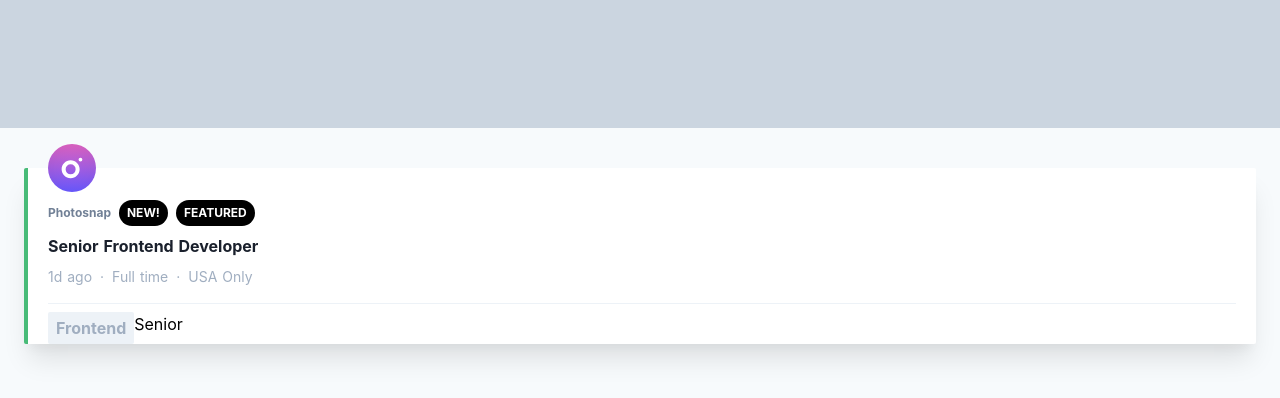
Repository: asongdon/frontendmentor-joblisting
Page: /
These files come from the project's save history. The page is drawn as it stood at one moment and after the next save; the edit follows.
The browser window is 1280 px wide. The pictures show the whole page.
The project was rebuilt for these pictures with package versions that can differ from the ones it lists, and the page was loaded fresh each time. The framework's server and built-in components were replaced by stand-ins that run in the browser. Also part of the build but not shown: nuxt.config.js.

Above is the page before, as saved 2020-04-12 20:59:18.

### layouts/default.vue
<template>
  <div class="h-screen">
    <Header/>
    <nuxt />
  </div>
</template>

<script>
import Header from '@/components/Header.vue'

export default {
  components: {
    Header
  },
}
</script>

<style>
html {
  font-family: 'Inter', -apple-system, BlinkMacSystemFont, 'Segoe UI',
    Roboto, 'Helvetica Neue', Arial, sans-serif;
  font-size: 16px;
  word-spacing: 1px;
  -ms-text-size-adjust: 100%;
  -webkit-text-size-adjust: 100%;
  -moz-osx-font-smoothing: grayscale;
  -webkit-font-smoothing: antialiased;
  box-sizing: border-box;
  @apply bg-gray-100;
}

*,
*:before,
*:after {
  box-sizing: border-box;
  margin: 0;
}

.button--green {
  display: inline-block;
  border-radius: 4px;
  border: 1px solid #3b8070;
  color: #3b8070;
  text-decoration: none;
  padding: 10px 30px;
}

.button--green:hover {
  color: #fff;
  background-color: #3b8070;
}

.button--grey {
  display: inline-block;
  border-radius: 4px;
  border: 1px solid #35495e;
  color: #35495e;
  text-decoration: none;
  padding: 10px 30px;
  margin-left: 15px;
}

.button--grey:hover {
  color: #fff;
  background-color: #35495e;
}
</style>

### pages/index.vue
<template>
  <div class="container py-10 px-6">
    <Maincard/>
  </div>
</template>

<script>
import Maincard from '@/components/Maincard'
export default {
  components: {
    Maincard
  }
}
</script>

<style>
/* Sample `apply` at-rules with Tailwind CSS
.container {
  @apply min-h-screen flex justify-center items-center text-center mx-auto;
}
*/

</style>

### components/Header.vue
<template>
  <div class="w-full h-32 bg-gray-400"></div>
</template>

<script>
export default {}
</script>

<style></style>

### components/Maincard.vue
<template>
    <div class="flex flex-col flex-no-wrap rounded-sm px-5 border-l-4 border-green-500 bg-white shadow-xl">

    <div class="-mt-6 mb-2">
      <img class="w-12" src="~/assets/logos/faceit.svg" alt="" />
    </div>

    <div class="flex items-center">
      <div class="text-xs font-bold text-gray-600">Photosnap</div>
      <div class="flex text-xs font-bold">
        <div class="bg-black text-white rounded-full px-2 py-1 uppercase ml-2">
          New!
        </div>
        <div class="bg-black text-white rounded-full px-2 py-1 uppercase ml-2">
          Featured
        </div>
      </div>
    </div>

    <div class="mt-2 font-bold text-gray-900">
      Senior Frontend Developer
    </div>

    <div class="flex text-sm mt-2 text-gray-500 border-b border-gray-200 pb-4">
      <div class="mr-2">1d ago</div>
      <div class="mr-2">·</div>
      <div class="mr-2">Full time</div>
      <div class="mr-2">·</div>
      <div>USA Only</div>
    </div>

    <div class="mt-2 flex">
      <div class="px-2 py-1 bg-gray-200 text-gray-500 rounded-sm font-bold">Frontend</div>
      <div>Senior</div>
    </div>

  </div>
</template>

<script>
export default {}
</script>

<style></style>

Loaded but not shown: assets/css/tailwind.css (common file); tailwind.config.js (common file); store/filter.js (no copy from this time; the picture is the same without it); store/index.js (no copy from this time; the picture is the same without it)

After the next save:
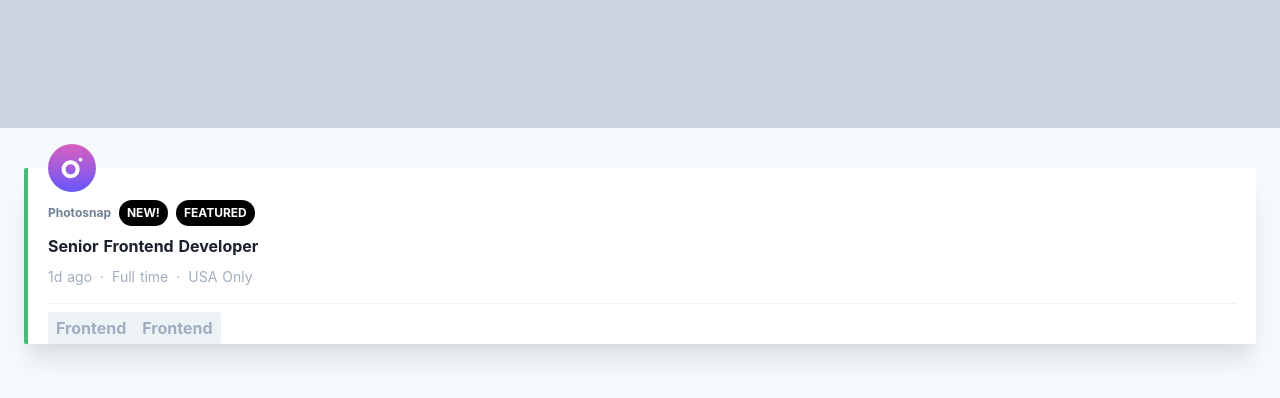
Saved 16 s later.
--- a/components/Maincard.vue
+++ b/components/Maincard.vue
@@ -31,7 +31,7 @@
 
     <div class="mt-2 flex">
       <div class="px-2 py-1 bg-gray-200 text-gray-500 rounded-sm font-bold">Frontend</div>
-      <div>Senior</div>
+      <div class="px-2 py-1 bg-gray-200 text-gray-500 rounded-sm font-bold">Frontend</div>
     </div>
 
   </div>
